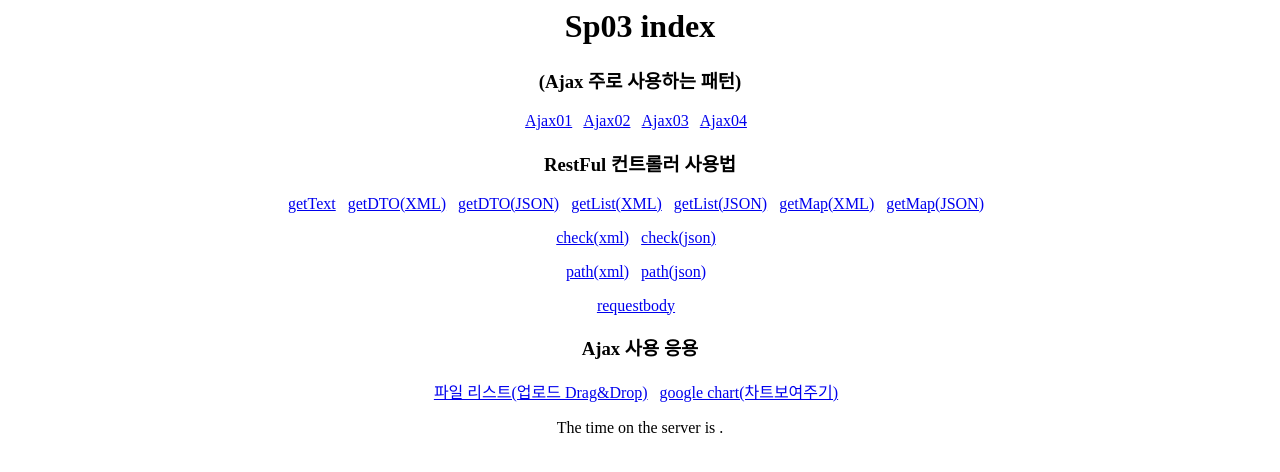
Repository: betweenhj702/Spring-practice-in-bit
Page: http://localhost/Sp03/WEB-INF/views/index.jsp
The author's editor kept a copy of each file at every save. The page is drawn from the files as they stood at one save, then again after the next save.
The browser window is 1280 px wide. The pictures show the whole page.
The page is served by Tomcat 9. Nobody is signed in. Other server files are loaded and not shown. The template is opened directly, without the code that normally fills it, so the values that code supplies are empty.

Above is the page before, as saved 2021-01-26 06:41:35.

### workspace/Sp03/src/main/webapp/WEB-INF/views/index.jsp
<%@ taglib uri="http://java.sun.com/jsp/jstl/core" prefix="c" %>
<%@ page contentType="text/html; charset=utf-8" %>
<html>
<head>
	<title>Home</title>
</head>
<body>
<div style="text-align:center">
		   <h1>Sp03 index </h1>
		   <h3>(Ajax 주로 사용하는 패턴)</h3>
		   <p>
		   		<a href="ajax/test01.do">Ajax01</a>&nbsp;&nbsp;
		   		<a href="ajax/test02.do">Ajax02</a>&nbsp;&nbsp;
		   		<a href="ajax/test03.do">Ajax03</a>&nbsp;&nbsp;
		   		<a href="ajax/test04.do">Ajax04</a>&nbsp;&nbsp;
		   </p>
		   <p>
		   		<h3>RestFul 컨트롤러 사용법</h3>
		   		<a href="rest/getText">getText</a>&nbsp;&nbsp;
		   		<a href="rest/getAddress">getDTO(XML)</a>&nbsp;&nbsp;
		   		<a href="rest/getAddress.json">getDTO(JSON)</a>&nbsp;&nbsp;
		   		<a href="rest/getList">getList(XML)</a>&nbsp;&nbsp;
		   		<a href="rest/getList.json">getList(JSON)</a>&nbsp;&nbsp;
		   		<a href="rest/getMap">getMap(XML)</a>&nbsp;&nbsp;
		   		<a href="rest/getMap.json">getMap(JSON)</a>&nbsp;&nbsp;
		   </p>
		   <p>
		   		<a href="rest/check?height=170&weight=70">check(xml)</a>&nbsp;&nbsp;
		   		<a href="rest/check.json?height=140&weight=45">check(json)</a>&nbsp;&nbsp;
		   </p>
		   <p>
		   		<a href="rest/product/bag/001">path(xml)</a>&nbsp;&nbsp;
		   		<a href="rest/product/bag/002.json">path(json)</a>&nbsp;&nbsp;
		   </p>
		   <p>
		   		<a href="ajax/requestbody.do">requestbody</a>&nbsp;&nbsp;

		   </p>
		    <p>
		    	<h3>Ajax 사용 응용</h3>
		   		<a href="file/list.do">파일 리스트(업로드 Drag&Drop)</a>&nbsp;&nbsp;
		   		<a href="chart/chart.do">google chart(차트보여주기)</a>&nbsp;&nbsp;
		   </p>
		   <P>  The time on the server is ${serverTime}. </P>
</div>



</body>
</html>

After the next save:
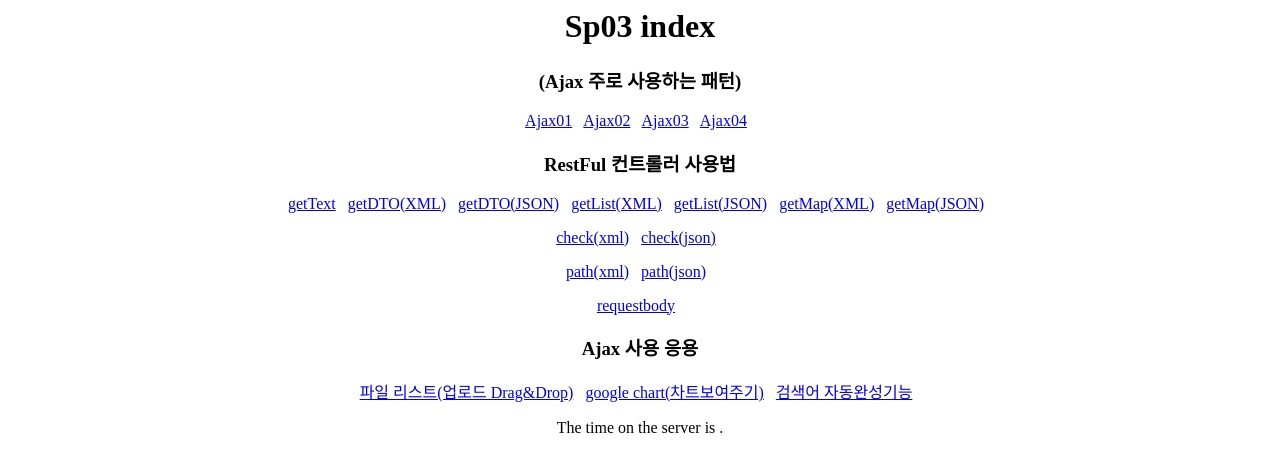
Saved 34 s later.
--- a/workspace/Sp03/src/main/webapp/WEB-INF/views/index.jsp
+++ b/workspace/Sp03/src/main/webapp/WEB-INF/views/index.jsp
@@ -40,6 +40,7 @@
 		    	<h3>Ajax 사용 응용</h3>
 		   		<a href="file/list.do">파일 리스트(업로드 Drag&Drop)</a>&nbsp;&nbsp;
 		   		<a href="chart/chart.do">google chart(차트보여주기)</a>&nbsp;&nbsp;
+		   		<a href="chart/chart.do">검색어 자동완성기능</a>&nbsp;&nbsp;
 		   </p>
 		   <P>  The time on the server is ${serverTime}. </P>
 </div>
